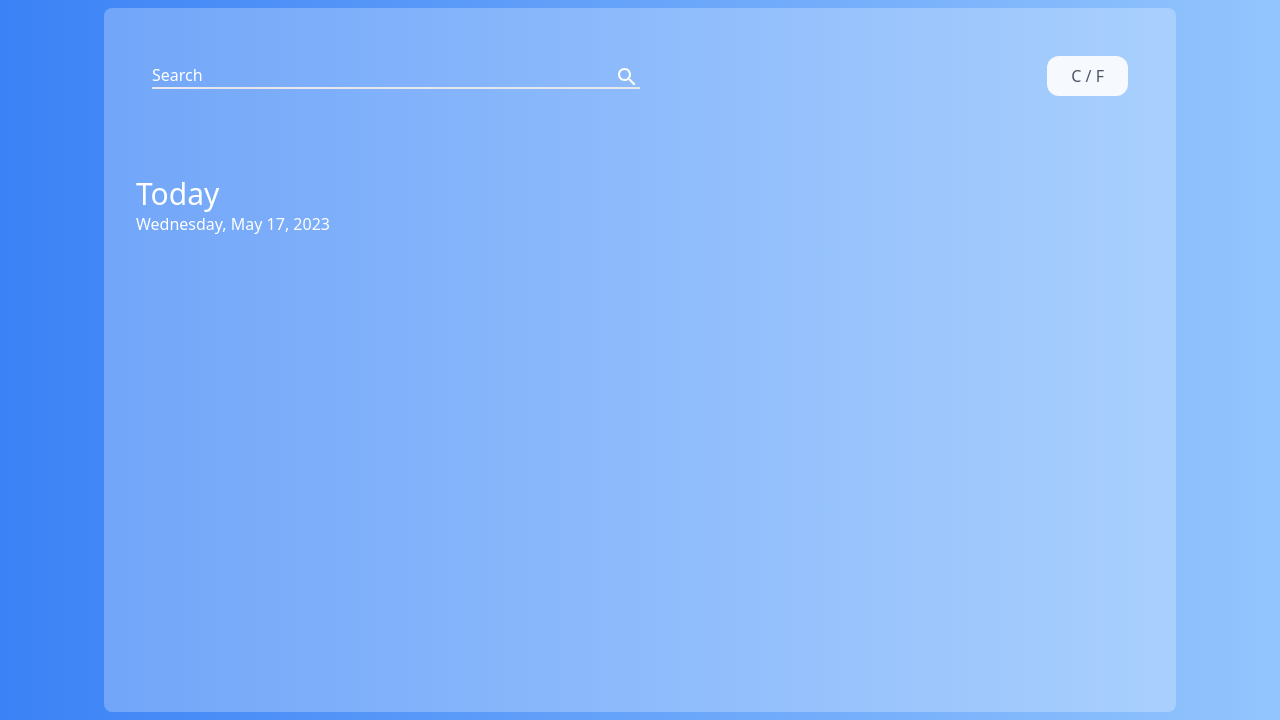
Repository: DevAntonioRogers/react-weatherapp-v2
Page: /
An editor plug-in stored every save of this project. The page is shown before and after the next save, followed by the edit.
The browser window is 1280 px wide. The pictures show the whole page.
The project was rebuilt for these pictures with package versions that can differ from the ones it lists, and the page was loaded fresh each time. The framework's server and built-in components were replaced by stand-ins that run in the browser. Also part of the build but not shown: next.config.js.

Above is the page before, as saved 2023-05-20 00:15:16.

### app/layout.tsx
import "./globals.css";
import { Inter } from "next/font/google";

export const metadata = {
  title: "Create Next App",
  description: "Generated by create next app",
};

export default function RootLayout({ children }: { children: React.ReactNode }) {
  return (
    <html lang="en">
      <body>{children}</body>
    </html>
  );
}

### app/page.tsx
"use client";

import Conversion from "./components/Conversion";
import Current from "./components/Current";
import Input from "./components/Input";

import { useState } from "react";
import WeekForecast from "./components/WeekForecast";

export default function Home() {
  const [data, setData] = useState({});
  const [location, setLocation] = useState("");
  const [error, setError] = useState("");

  const url = `http://api.weatherapi.com/v1/forecast.json?key=538023bd3c43455084733202231905&q=${location}&days=7&aqi=yes&alerts=yes
  `;

  const handleSearch = async (e) => {
    if (e.key === "Enter") {
      e.preventDefault();
      try {
        const response = await fetch(url);
        if (!response.ok) {
          throw new Error();
        }
        const data = await response.json();
        setData(data);
        setLocation("");
        setError("");
      } catch (error) {
        setError("City not found");
        setData({});
      }
    }
  };

  return (
    <div className="flex justify-center p-2 bg-cover h-screen bg-gradient-to-r from-blue-500 to-blue-300">
      <div className="bg-white/25 mx-24 w-full rounded-lg flex flex-col">
        {/* SEARCH AND DEGREE CONVERSION */}
        <div className="flex justify-between items-center p-12">
          <Input handleSearch={handleSearch} location={location} setLocation={setLocation} />
          <Conversion />
        </div>

        {/* CURRENT WEATHER SECTION */}
        <div className="flex p-8 items-center justify-between">
          <Current data={data} />
          <WeekForecast data={data} />
        </div>
      </div>
    </div>
  );
}

### app/components/Conversion.tsx
import React from "react";

const Conversion = () => {
  return (
    <div className="">
      <button className="rounded-xl bg-white/90 px-6 py-2 text-gray-600">C / F</button>
    </div>
  );
};

export default Conversion;

### app/components/Current.tsx
import { getCurrentDate } from "../utils/currentDate";
import LocationOnIcon from "@mui/icons-material/LocationOn";

const Current = ({ data }) => {
  const weatherIcon = data.current ? data.current.condition.icon : null;
  const currentDate = getCurrentDate();
  return (
    <div className="flex flex-col items-start gap-2 ">
      <div className="flex items-center">
        <div className="">
          <h1 className="text-3xl text-white">Today</h1>
          <p className="text-white">{currentDate}</p>
        </div>
        {weatherIcon && (
          <div>
            <img className="w-[50px] object-cover" src={weatherIcon} alt="Weather Icon" />
          </div>
        )}
      </div>
      <div>
        {data.current ? (
          <p className="text-5xl text-white">
            {data.current.temp_f.toFixed()}
            <span>°</span>
          </p>
        ) : null}
        {data.current ? <span className="text-white">{data.current.condition.text}</span> : null}
      </div>
      <div>
        {data.location ? (
          <div className="flex items-center text-black bg-white/90 px-2 py-2 rounded-xl">
            <LocationOnIcon />
            <span>
              {data.location.name}, {data.location.region}
            </span>
          </div>
        ) : null}
      </div>
    </div>
  );
};

export default Current;

### app/components/Input.tsx
"use client";

import SearchIcon from "@mui/icons-material/Search";

const Input = ({ handleSearch, setLocation, location }) => {
  return (
    <form className="flex items-center w-2/4">
      <input
        type="text"
        className="w-full bg-transparent border-b-2 placeholder-white outline-none text-white"
        placeholder="Search"
        onKeyDown={handleSearch}
        onChange={(e) => setLocation(e.target.value)}
      />
      <div className="ml-[-25px] text-white cursor-pointer">
        <SearchIcon />
      </div>
    </form>
  );
};

export default Input;

### app/components/WeekForecast.tsx
const WeekForecast = ({ data }) => {
  return (
    <div className="flex">
      {data.forecast
        ? data.forecast.forecastday.map((day, index) => (
            <div key={index} className="forecast-day">
              <p className="forecast-date">{new Date(day.date).toLocaleString("en-US", { weekday: "short" })}</p>
              <img className="forecast-icon" src={day.day.condition.icon} alt={day.day.condition.text} />
              <div className="forecast-temps">
                <p className="forecast-temp-high">H {day.day.maxtemp_f.toFixed()}°</p>
                <p className="forecast-temp-low">L {day.day.mintemp_f.toFixed()}°</p>
              </div>
            </div>
          ))
        : null}
    </div>
  );
};

export default WeekForecast;

### app/utils/currentDate.tsx
export const getCurrentDate = () => {
  const currentDate = new Date().toLocaleDateString("en-US", {
    weekday: "long",
    year: "numeric",
    month: "long",
    day: "numeric",
  });
  return currentDate;
};

Loaded but not shown: app/globals.css (common file); tailwind.config.js (common file)

After the next save:
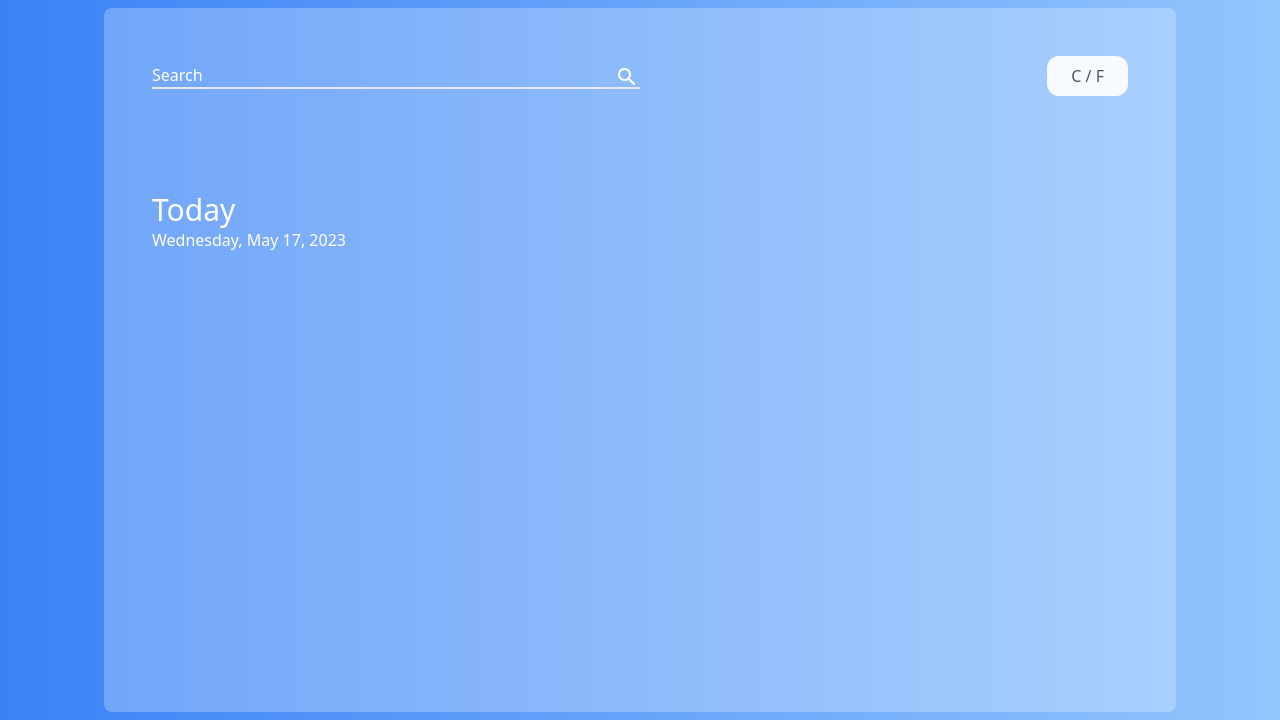
Saved 7 s later.
--- a/app/page.tsx
+++ b/app/page.tsx
@@ -44,7 +44,7 @@ export default function Home() {
         </div>
 
         {/* CURRENT WEATHER SECTION */}
-        <div className="flex p-8 items-center justify-between">
+        <div className="flex p-12 items-center justify-between">
           <Current data={data} />
           <WeekForecast data={data} />
         </div>
